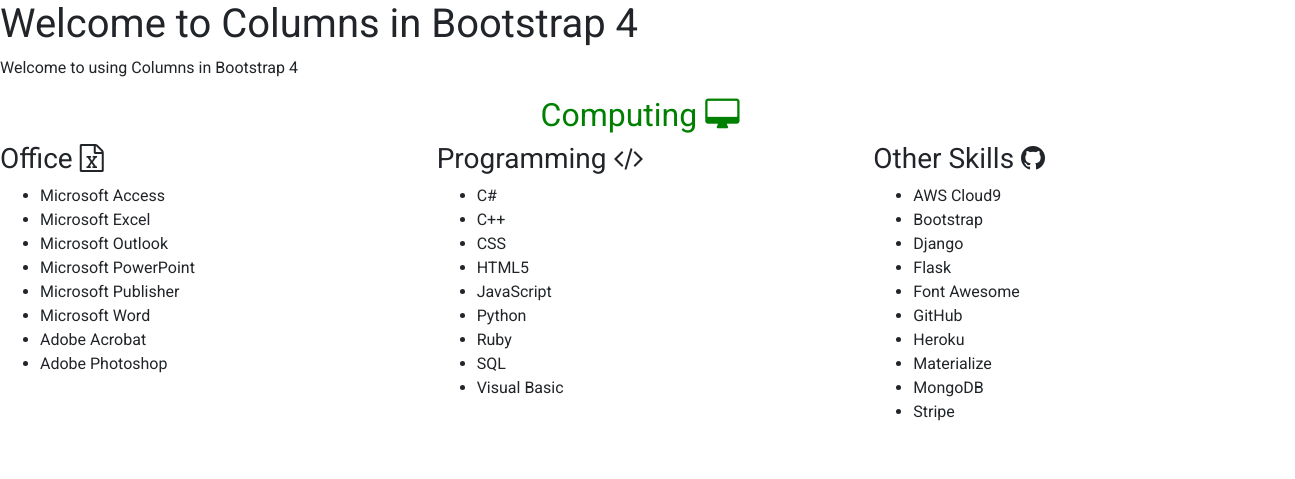
Repository: derektypist/columns-in-bootstrap-4
Page: index.html
The author's editor kept a record of every edit. The page is drawn from the files as they stood at one moment, then again after the next edit.
The browser window is 1280 px wide. The page is 1295 px wide, so the pictures cover 1295 px, including what lies to the right of the window. The pictures show the whole page.

Above is the page before.

After the next edit:
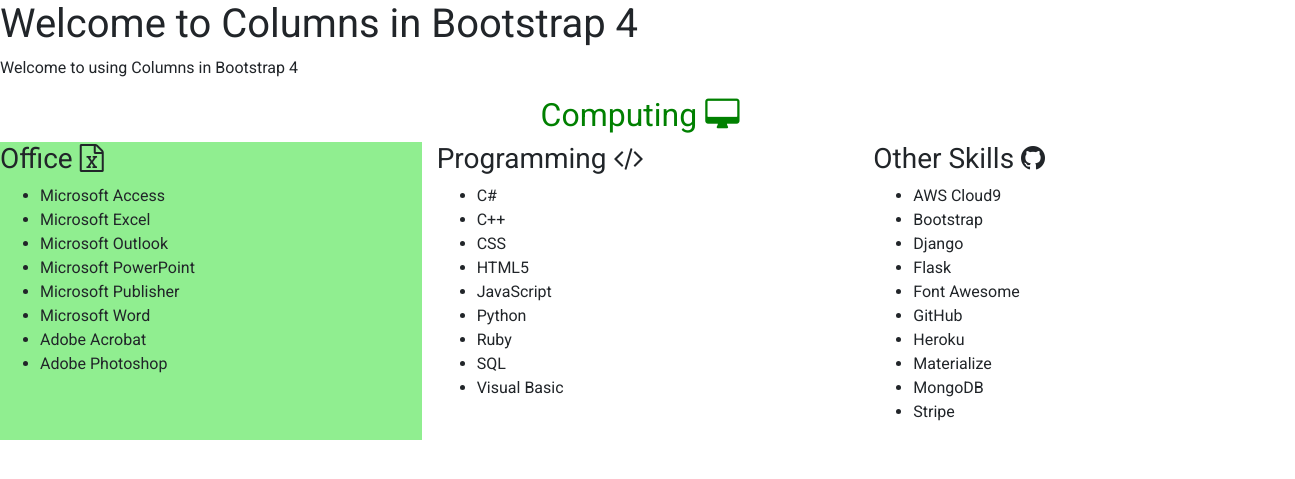
The edit:
--- a/index.html
+++ b/index.html
@@ -27,7 +27,7 @@
         <!-- Set Up Row -->
         <article class="row">
             <!-- Set Up Article for Office -->
-            <article class="col-sm-4">
+            <article class="col-sm-4 office">
                 <h3>Office <i class="fa fa-file-excel-o" aria-hidden="true"></i></h3>
                 <ul>
                     <li>Microsoft Access</li>
